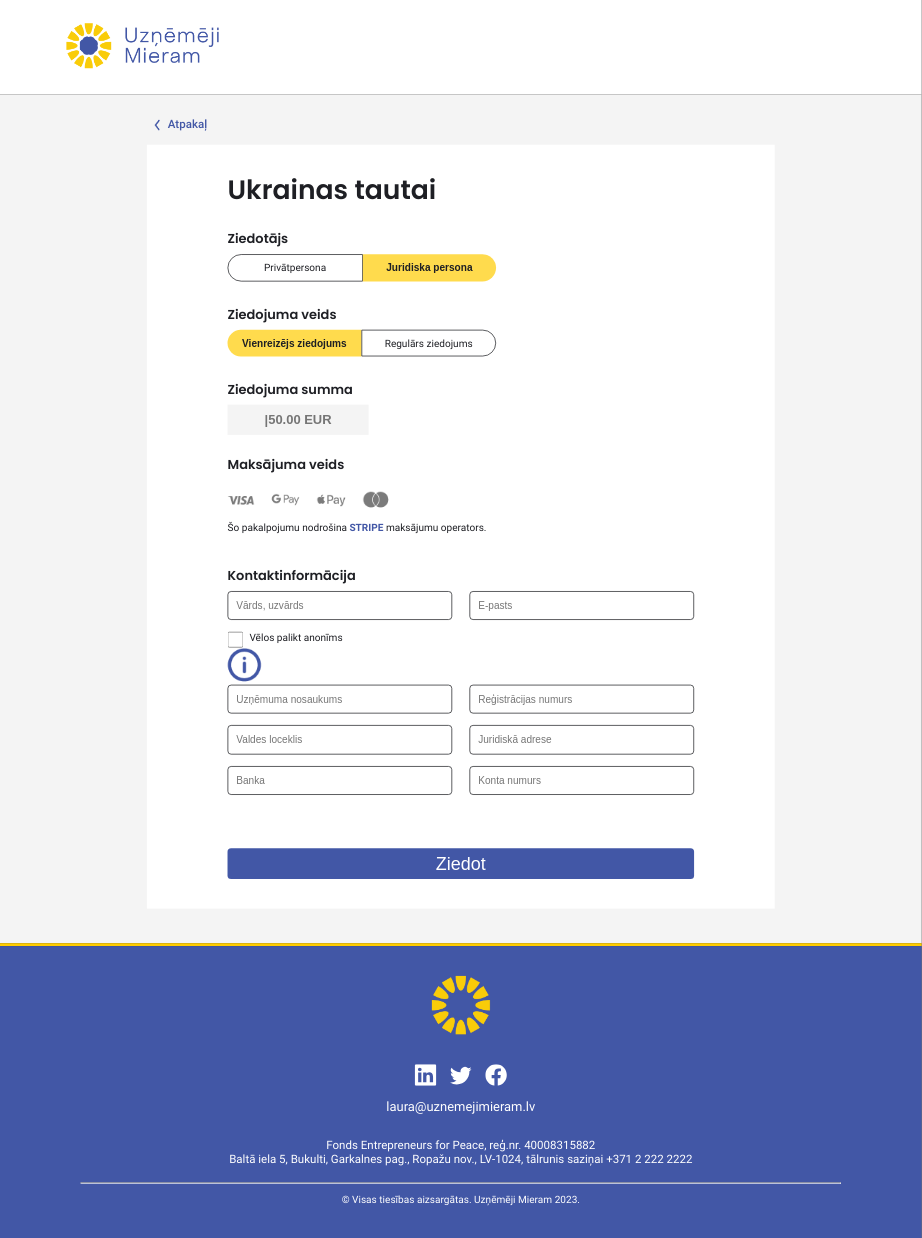
Repository: KatrinaPa/projekts_jul
Page: donate_Ukr-legal-onetime.html
The author's editor kept a copy of each file at every save. The page is drawn from the files as they stood at one save, then again after the next save.
The browser window is 1280 px wide. The pictures show the whole page, at 72% of full size.

Above is the page before, as saved 2023-07-24 23:21:51.
Console error: TypeError: Cannot read properties of null (reading 'addEventListener')

After the next save:
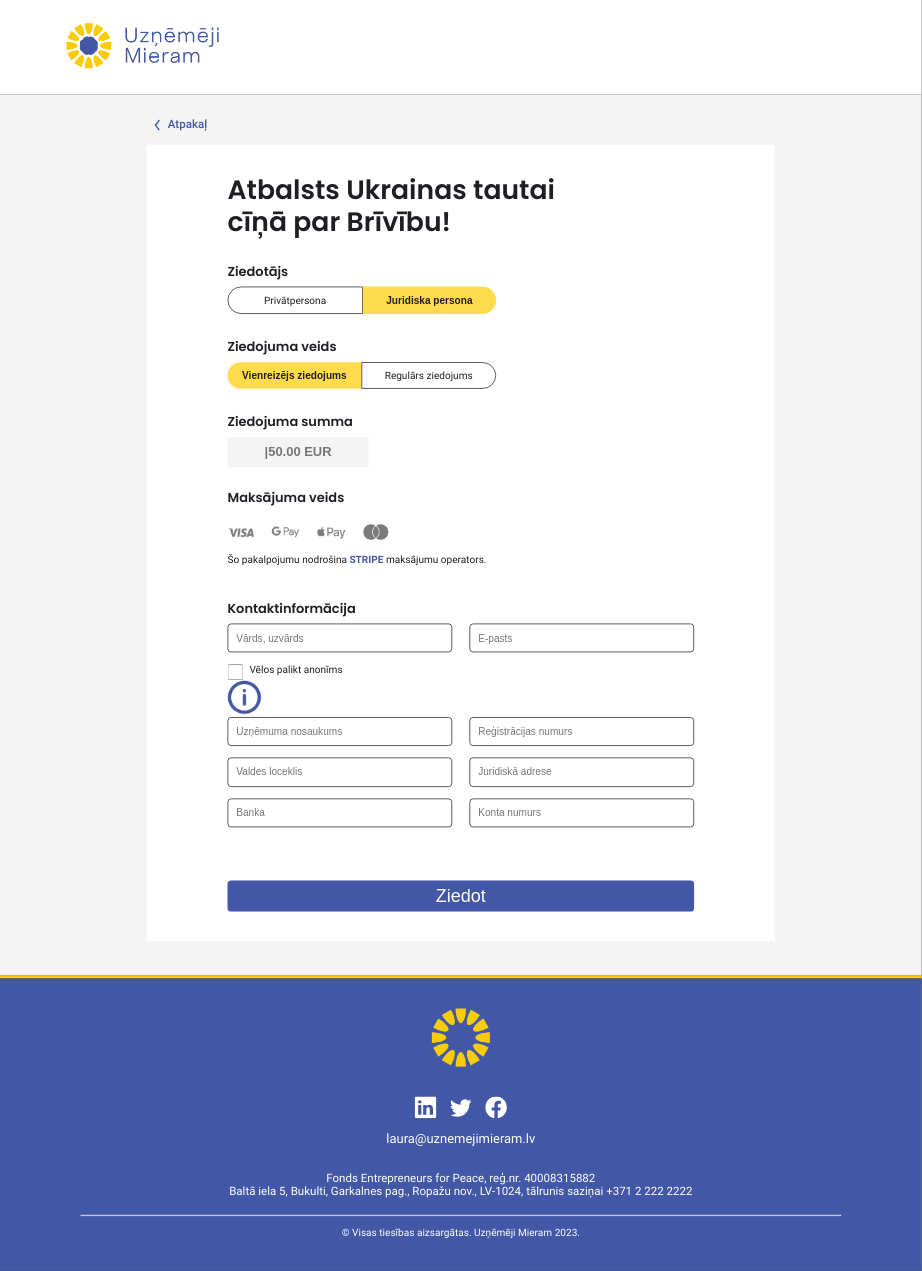
Saved 18 s later.
--- a/donate_Ukr-legal-onetime.html
+++ b/donate_Ukr-legal-onetime.html
@@ -38,7 +38,7 @@
                             </div>
                         </a></div>
                     <div class="donate_page">
-                        <h1>Ukrainas tautai</h1>
+                        <h1>Atbalsts Ukrainas tautai<br>cīņā par Brīvību!</h1>
                         <div class="donation_type">
                             <h4>Ziedotājs</h4>
                             <div>
